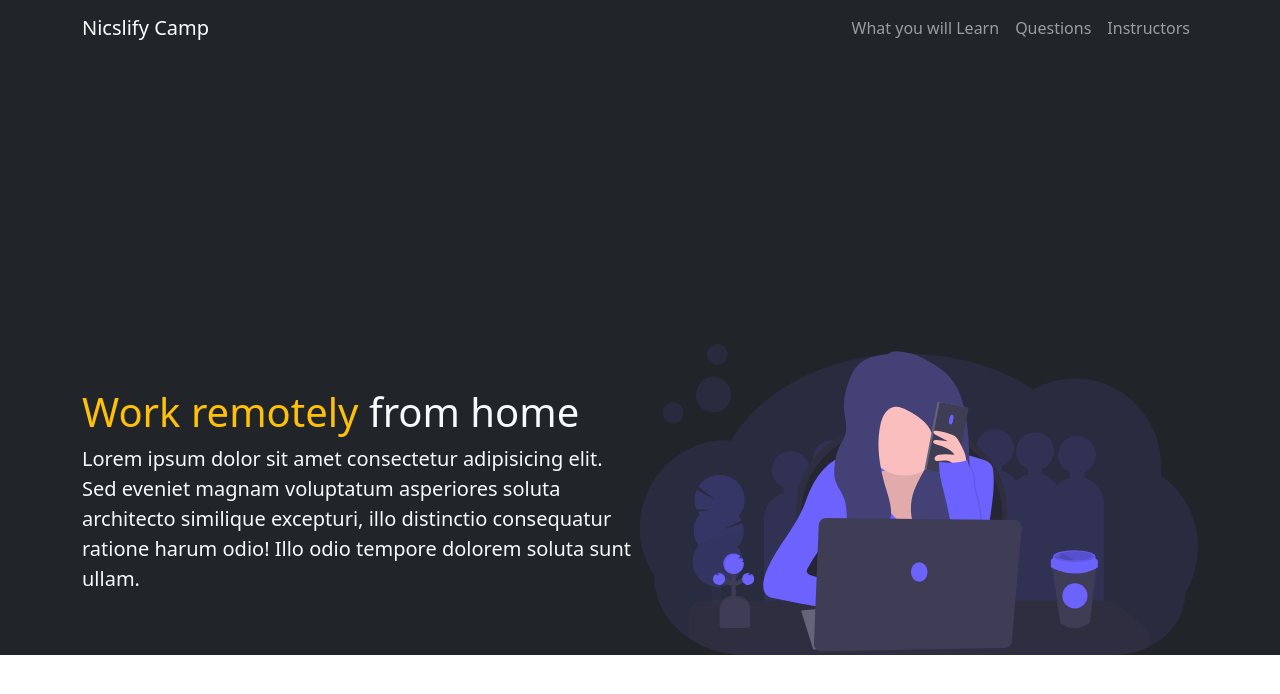
Repository: Eugene44-hub/enrollment-site
Page: index.html
These files come from the project's save history. The page is drawn as it stood at one moment and after the next save; the edit follows.
The browser window is 1280 px wide. The pictures show the whole page.

Above is the page before, as saved 2021-10-19 18:03:07.

### index.html
<!DOCTYPE html>
<html lang="en">

<head>
    <meta charset="UTF-8">
    <meta http-equiv="X-UA-Compatible" content="IE=edge">
    <meta name="viewport" content="width=device-width, initial-scale=1.0">
    <!-- CSS only -->
    <link href="https://cdn.jsdelivr.net/npm/bootstrap@5.1.3/dist/css/bootstrap.min.css" rel="stylesheet" integrity="sha384-1BmE4kWBq78iYhFldvKuhfTAU6auU8tT94WrHftjDbrCEXSU1oBoqyl2QvZ6jIW3" crossorigin="anonymous">
    <link rel="stylesheet" href="style.css">
    <title>Bootstrap webpage</title>
</head>

<body>
    <!-- nav bar starts -->
    <nav class="navbar navbar-expand-md bg-dark navbar-dark">
        <div class="container">
            <a href="" class="navbar-brand">Nicslify Camp</a>

            <button class="navbar-toggler" type="button" data-bs-toggle='collapse' data-bs-target="#navmenu">
              <span class="navbar-toggler-icon"></span>
            </button>

            <div class="collapse navbar-collapse" id="navmenu">
                <ul class="navbar-nav ms-auto text-sm-center">
                    <li class="nav-item">
                        <a href="#" class="nav-link">What you will Learn</a>
                    </li>
                    <li class="nav-item">
                        <a href="#" class="nav-link">Questions</a>
                    </li>
                    <li class="nav-item">
                        <a href="#" class="nav-link">Instructors</a>
                    </li>
                </ul>
            </div>
        </div>
    </nav>
    <!-- nav bar ends -->


    <!-- showCase starts -->
    <section class="bg-dark text-light text-center text-sm-start">
        <div class="container">
            <div class="d-md-flex pt-5 align-items-center justify-content-between">
                <div class="d-md-flex pt-5 align-items-center justify-content-between">
                    <div class="d-md-flex pt-5 align-items-center justify-content-between">
                        <div class="d-md-flex pt-5 align-items-center justify-content-between">
                            <div class="d-md-flex pt-5 align-items-center justify-content-between">
                                <div class="d-md-flex pt-5 align-items-center justify-content-between">
                                    <div class="">
                                        <div class="h1"><span class="text-warning">Work remotely</span> from home</div>
                                        <p class="lead">Lorem ipsum dolor sit amet consectetur adipisicing elit. Sed eveniet magnam voluptatum asperiores soluta architecto similique excepturi, illo distinctio consequatur ratione harum odio! Illo odio tempore dolorem
                                            soluta sunt ullam.</p>
                                    </div>
                                    <img src="undraw_working_remotely_jh40.svg" class="image-fluid w-50 d-none d-sm-block" alt="">
                                </div>
                            </div>
    </section>
    <!-- showCase ends -->

</body>
<!-- JavaScript Bundle with Popper -->
<script src="https://cdn.jsdelivr.net/npm/bootstrap@5.1.3/dist/js/bootstrap.bundle.min.js" integrity="sha384-ka7Sk0Gln4gmtz2MlQnikT1wXgYsOg+OMhuP+IlRH9sENBO0LRn5q+8nbTov4+1p" crossorigin="anonymous"></script>

</html>

Loaded but not shown: style.css (common file)

After the next save:
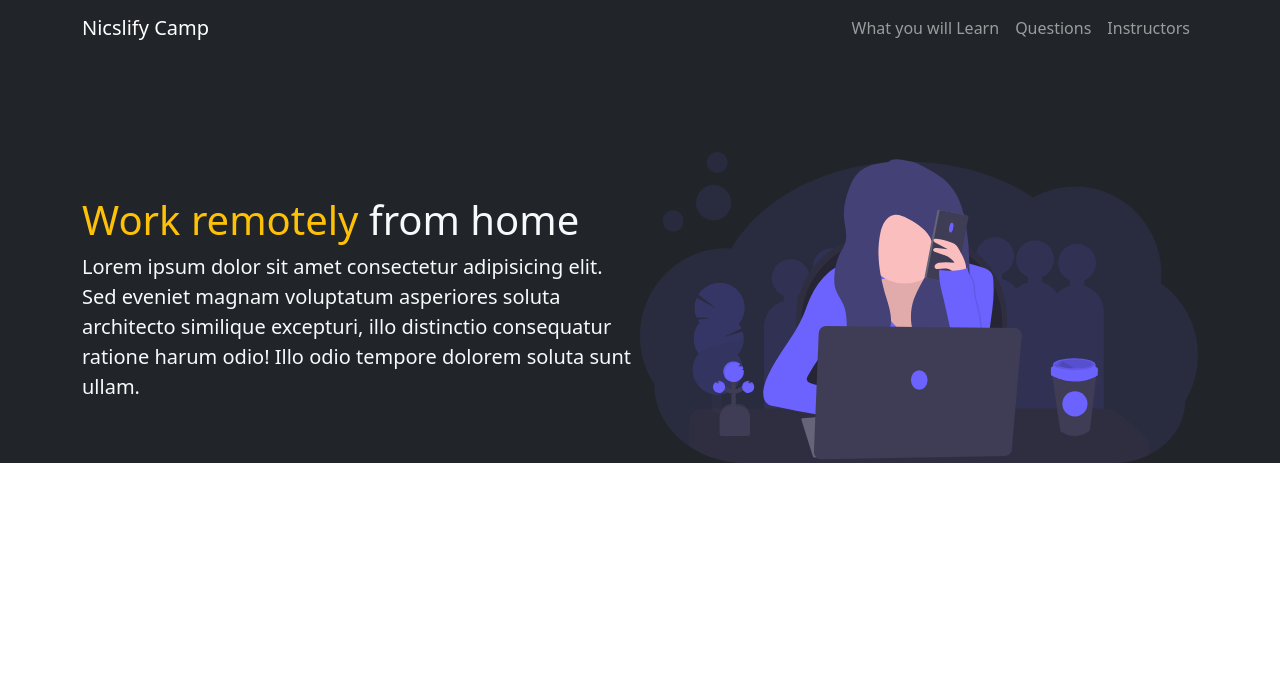
Saved 7 s later.
--- a/index.html
+++ b/index.html
@@ -44,18 +44,13 @@
         <div class="container">
             <div class="d-md-flex pt-5 align-items-center justify-content-between">
                 <div class="d-md-flex pt-5 align-items-center justify-content-between">
-                    <div class="d-md-flex pt-5 align-items-center justify-content-between">
-                        <div class="d-md-flex pt-5 align-items-center justify-content-between">
-                            <div class="d-md-flex pt-5 align-items-center justify-content-between">
-                                <div class="d-md-flex pt-5 align-items-center justify-content-between">
-                                    <div class="">
-                                        <div class="h1"><span class="text-warning">Work remotely</span> from home</div>
-                                        <p class="lead">Lorem ipsum dolor sit amet consectetur adipisicing elit. Sed eveniet magnam voluptatum asperiores soluta architecto similique excepturi, illo distinctio consequatur ratione harum odio! Illo odio tempore dolorem
-                                            soluta sunt ullam.</p>
-                                    </div>
-                                    <img src="undraw_working_remotely_jh40.svg" class="image-fluid w-50 d-none d-sm-block" alt="">
-                                </div>
-                            </div>
+                    <div class="">
+                        <div class="h1"><span class="text-warning">Work remotely</span> from home</div>
+                        <p class="lead">Lorem ipsum dolor sit amet consectetur adipisicing elit. Sed eveniet magnam voluptatum asperiores soluta architecto similique excepturi, illo distinctio consequatur ratione harum odio! Illo odio tempore dolorem soluta sunt ullam.</p>
+                    </div>
+                    <img src="undraw_working_remotely_jh40.svg" class="image-fluid w-50 d-none d-sm-block" alt="">
+                </div>
+            </div>
     </section>
     <!-- showCase ends -->
 
